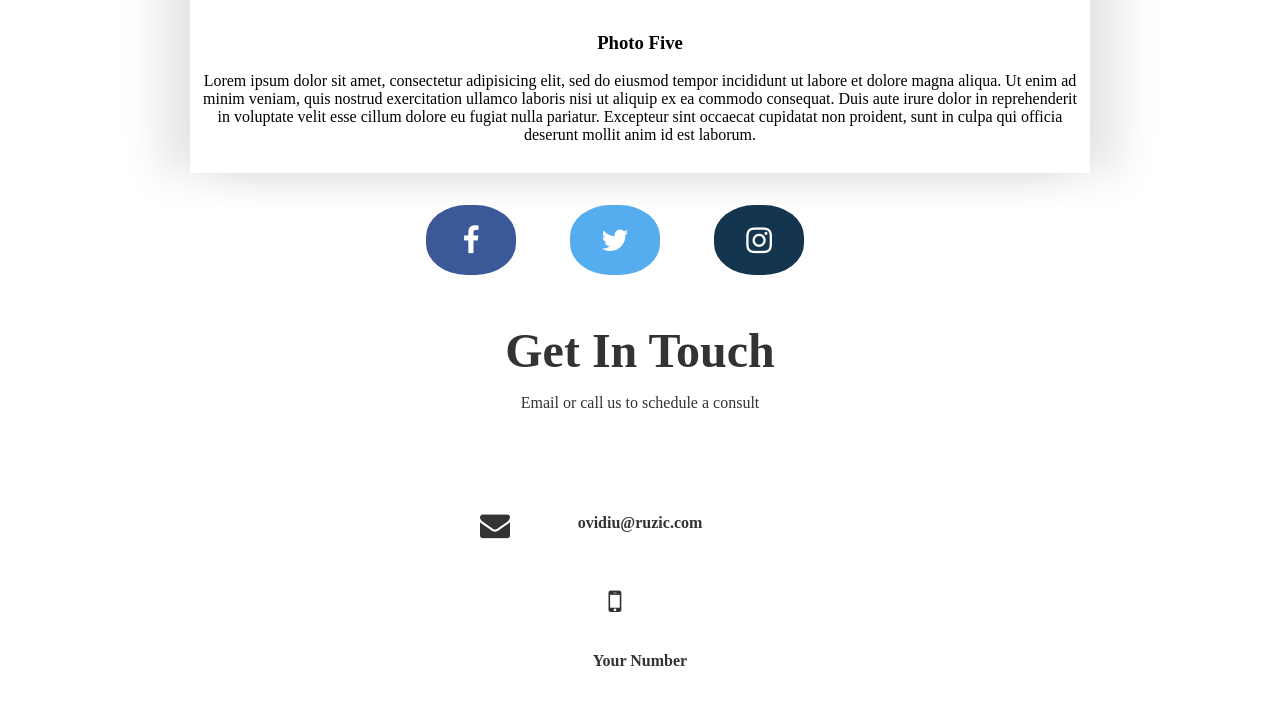
Repository: konstantin0s/mobile-photography
Page: index.html
These files come from the project's save history. The page is drawn as it stood at one moment and after a run of saves; the edit follows.
The browser window is 1280 px wide. The pictures show the part of the page from y = 4062 to 4788 px (the page is 4788 px tall).

Above is the page before, as saved 2019-05-11 15:07:20.

### index.html
<!DOCTYPE html>
<html lang="en" dir="ltr">
  <head>
    <meta charset="utf-8">
    <meta name="viewport" content="width=device-width, initial-scale=1.0">
    <meta http-equiv="X-UA-Compatible" content="ie=edge">
    <link rel="stylesheet" href="https://cdnjs.cloudflare.com/ajax/libs/font-awesome/4.7.0/css/font-awesome.min.css">
    <link rel="stylesheet" href="css/style.css">

    <title>Mobile Photography</title>
  </head>
  <body>
<main>
  <div id="landing" class="">
    <div id="landing-text" class="">
      <div id="landing-text-inner" class="">
       <img id="logo" src="img/logos.png" />
       <h1>Photography</h1>
        <a href="#images" class="btn" id="view-work">
          View Work
        </a>
      </div>
    </div>
    <div id="landing-image" class="">

    </div>
  </div>

  <div id="images" class="">
<div id="header">
  <h2>Our Work</h2>
</div>
<img src="https://source.unsplash.com/1600x900/?nature,water" alt="">
<div class="caption">
  <h3>Photo One</h3>
  <p>
    Lorem ipsum dolor sit amet, consectetur adipisicing elit, sed do eiusmod tempor incididunt ut labore et dolore magna aliqua. Ut enim ad minim veniam, quis nostrud exercitation ullamco laboris nisi ut aliquip ex ea commodo consequat. Duis aute irure dolor in reprehenderit in voluptate velit esse cillum dolore eu fugiat nulla pariatur. Excepteur sint occaecat cupidatat non proident, sunt in culpa qui officia deserunt mollit anim id est laborum.

  </p>
</div>

<img src="https://source.unsplash.com/1600x900/?nature,clouds" alt="">
<div class="caption">
  <h3>Photo Two</h3>
  <p>
    Lorem ipsum dolor sit amet, consectetur adipisicing elit, sed do eiusmod tempor incididunt ut labore et dolore magna aliqua. Ut enim ad minim veniam, quis nostrud exercitation ullamco laboris nisi ut aliquip ex ea commodo consequat. Duis aute irure dolor in reprehenderit in voluptate velit esse cillum dolore eu fugiat nulla pariatur. Excepteur sint occaecat cupidatat non proident, sunt in culpa qui officia deserunt mollit anim id est laborum.

  </p>
</div>

<img src="https://source.unsplash.com/1600x900/?nature,animals" alt="">
<div class="caption">
  <h3>Photo Three</h3>
  <p>
    Lorem ipsum dolor sit amet, consectetur adipisicing elit, sed do eiusmod tempor incididunt ut labore et dolore magna aliqua. Ut enim ad minim veniam, quis nostrud exercitation ullamco laboris nisi ut aliquip ex ea commodo consequat. Duis aute irure dolor in reprehenderit in voluptate velit esse cillum dolore eu fugiat nulla pariatur. Excepteur sint occaecat cupidatat non proident, sunt in culpa qui officia deserunt mollit anim id est laborum.

  </p>
</div>

<img src="https://source.unsplash.com/1600x900/?nature,trees" alt="">
<div class="caption">
  <h3>Photo Four/h3>
  <p>
    Lorem ipsum dolor sit amet, consectetur adipisicing elit, sed do eiusmod tempor incididunt ut labore et dolore magna aliqua. Ut enim ad minim veniam, quis nostrud exercitation ullamco laboris nisi ut aliquip ex ea commodo consequat. Duis aute irure dolor in reprehenderit in voluptate velit esse cillum dolore eu fugiat nulla pariatur. Excepteur sint occaecat cupidatat non proident, sunt in culpa qui officia deserunt mollit anim id est laborum.

  </p>
</div>

<img src="https://source.unsplash.com/1600x900/?nature,flowers" alt="">
<div class="caption">
  <h3>Photo Five</h3>
  <p>
    Lorem ipsum dolor sit amet, consectetur adipisicing elit, sed do eiusmod tempor incididunt ut labore et dolore magna aliqua. Ut enim ad minim veniam, quis nostrud exercitation ullamco laboris nisi ut aliquip ex ea commodo consequat. Duis aute irure dolor in reprehenderit in voluptate velit esse cillum dolore eu fugiat nulla pariatur. Excepteur sint occaecat cupidatat non proident, sunt in culpa qui officia deserunt mollit anim id est laborum.

  </p>
</div>

  </div>

</main>

<footer>
    <a href="#" class="fa fa-facebook"></a>
    <a href="#" class="fa fa-twitter"></a>
    <a href="#" class="fa fa-instagram"></a>

  <h3>Get In Touch</h3>
  <p>Email or call us to schedule a consult</p>
 <div class="container">
    <i class="fa fa-envelope fa-5x" aria-hidden="true"></i
      ><p><strong>ovidiu@ruzic.com</strong>
    </p> <br />
    <i class="fa fa-mobile fa-5x" aria-hidden="true"></i>
     <p> <strong>Your Number</strong></p>
 </div>
</footer>
<script
src="https://code.jquery.com/jquery-3.3.1.min.js"
integrity="sha256-FgpCb/KJQlLNfOu91ta32o/NMZxltwRo8QtmkMRdAu8="
crossorigin="anonymous"></script>
<script type="text/javascript" src="js/main.js">

</script>
  </body>
</html>

### css/style.css
import url('https://fonts.googleapis.com/css?family=Open+Sans');

body {
  font-family: 'Open Sans', sans-serif;
  margin: 0;
  background-color: #eee;
  height: auto;
}

h1{
  font-weight: 400;
  font-size: 2.5rem;
  text-transform: uppercase;
  margin: 0;
  border-bottom: 1px solid black;
  top: -90px;
  position: relative;
}

h2 {
  font-weight: 400;
  font-size: 1.2rem;
  text-transform: capitalize;
  margin: 0;
}

img {
  display: block;
  width: 100%;
}

#logo {
  top: -80px;
  position: relative;
}

main {
  max-width: 900px;
  margin: auto;
  box-shadow: 30px 0px 40px rgba(0,0,0,0.1), -30px 0px 40px rgba(0,0,0,0.1);
}

#landing {
  background: #fff;
  }

#landing-text {
display: flex;
flex: 0 1 40vw;
height: 50vh;
justify-content: center;
align-items: center;
text-align: center;
padding-right: 1rem;
padding-left: 1rem;
}

#landing-text h2 {
  color: #888;
}
.btn {
  padding: 0.5rem 2rem;
  border: 1px #ccc solid;
  display: inline-block;
  margin: 2rem 0 0;
  border-radius: 50px;
  text-decoration: none;
  color: #333;
  transition: background 500ms ease;
}

#landing-image {
  background: url(https://source.unsplash.com/De8wMYoSSBc);
  background-position: center;
  background-size: cover;
  background-repeat: no-repeat;
  height: 50vh;
  flex: 0 1 60vw;
  margin: 0;
}

.btn:hover {
  background: #f4f4f4;
}

#header {
  padding: 1.5rem;
  text-align: center;
  background: #333;
  color: #fff;
}

#header h2 {
  border-left: dotted 1px #fff;
  border-right: dotted 1px #fff;
display: inline-block;
padding-right: 1rem;
padding-left: 1rem;
}

.caption {
  padding: 0.8rem;
  text-align: center;
}

footer {
  text-align: center;
  padding: 2rem 1rem;
  margin: auto;
  color: #333;
}

footer h3 {
  font-size: 3rem;
  margin-bottom: 0;
}

.fa {
  padding: 20px;
  margin-right: 50px;
  font-size: 30px;
  width: 50px;
  text-align: center;
  text-decoration: none;
  border-radius: 45%;
}

/* Add a hover effect if you want */
.fa:hover {
  opacity: 0.7;
}

/* Set a specific color for each brand */

/* Facebook */
.fa-facebook {
  background: #3B5998;
  color: white;
}

/* Twitter */
.fa-twitter {
  background: #55ACEE;
  color: white;
}

/* Instagram */
.fa-instagram {
  background: rgb(19, 53, 78);
  color: white;
}

/* Email & Phone*/

.fa-envelope {
  position: relative;
  left:-120px;
 top: 62px;
}

.fa-mobile {

}

.container {
  display: flex;
 flex-direction: column;
 justify-content: space-evenly;
 align-items: center;
}

/* Screen size 500px and up*/
@media(min-width: 500px) {
  #landing {
    display: flex;
    height: 100%;
  }
  #landing-text {
    height: 100vh;
  }
  #landing-image {
    height: 100vh;
  }
}

/* Screen size 700px and up*/
@media(min-width: 700px) {
  .btn {
    padding: 1rem 3rem;
  }
}

/* Screen size 700px and up*/
@media(max-width: 500px) {
  .btn {
    padding: 1rem 3rem;
  }


  #logo {
    display: flex;
    width: 200px;
    height: 150px;
    flex-direction: column;
    top: -30px;
    position: relative;
  }

  h1 {

    flex-direction: column;
    top: -20px;
  font-size: 28px;
  border-bottom: 1px solid black;
  }
}

### js/main.js
//animate smooth scroll
$('#view-work').on('click', function() {
  const images = $('#images').position().top;

  $('html, body').animate({
    scrollTop: images
  }, 900)
});

After the next 2 saves:
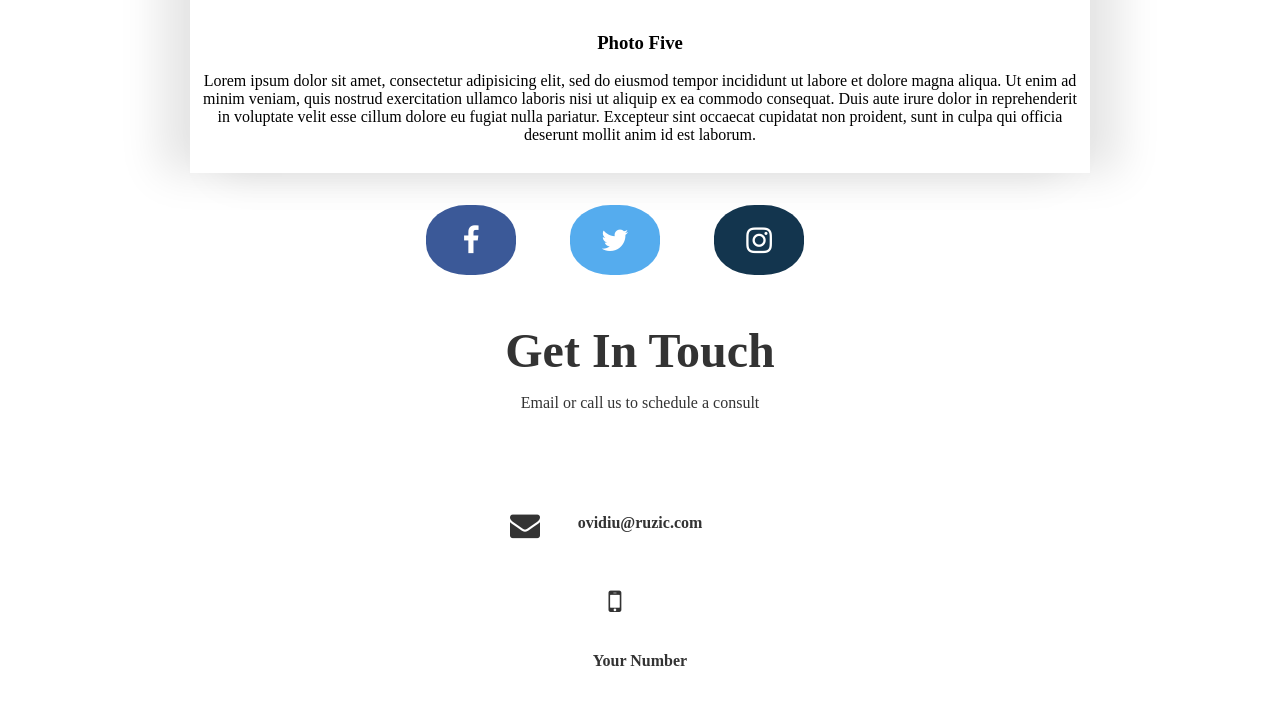
The 2 saves are shown as one change because they came seconds apart.
The last was saved 8 s later.
--- a/css/style.css
+++ b/css/style.css
@@ -154,7 +154,7 @@ footer h3 {
 
 .fa-envelope {
   position: relative;
-  left:-120px;
+  left:-90px;
  top: 62px;
 }
 
